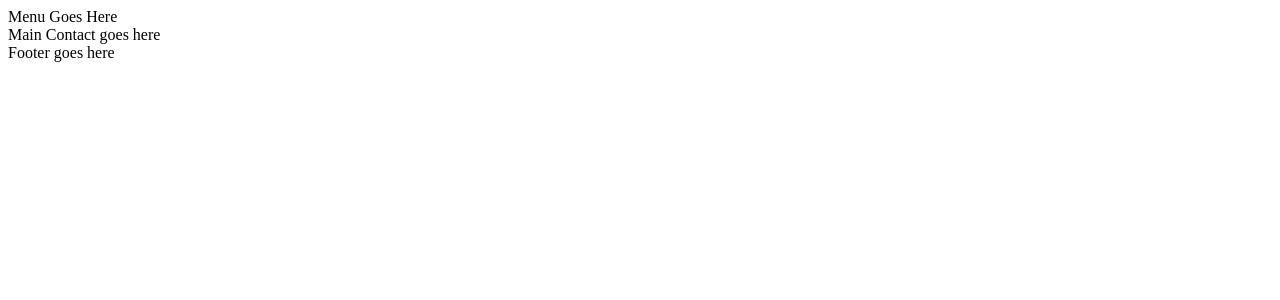
Repository: yazshrilld/food_order
Page: http://localhost/admin/index.php
An editor plug-in stored every save of this project. The page is shown before and after a run of saves, followed by the edit.
The browser window is 1280 px wide. The pictures show the whole page.
The page is run by PHP 8.4 with error messages shown; the project is at /var/www/html/.

Above is the page before, as saved 2021-01-24 15:57:59.

### admin/index.php
<html>
    <head>
        <title>Food Order Website - Home Page</title>
        <link rel="stylesheet" href="../css/admin.css">
    </head>
    <body>
        <!-- Menu Section Starts -->
            <div class="menu">
                Menu Goes Here
            </div>
        <!-- Menu Section Ends -->

        <!-- Main Content Section Starts -->
            <div class="main-content">
                Main Contact goes here
            </div>
        <!-- Main Content Section Ends -->

        <!-- Footer Section Starts -->
            <div class="footer">
                Footer goes here
            </div>
        <!-- Footer Section Ends -->

    </body>
</html>

### css/admin.css
/*
    Author: Musa Yazid
    Theme: Food Order Website Admin
    Version: 1.0
*/

*{

}

After the next 12 saves:
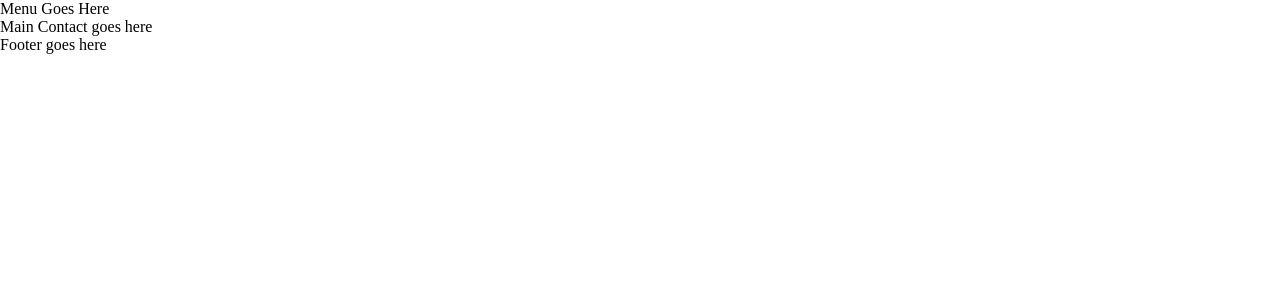
The 12 saves are shown as one change because they came seconds apart.
The last was saved 26 s later.
--- a/css/admin.css
+++ b/css/admin.css
@@ -5,5 +5,7 @@
 */
 
 *{
-
+    margin: 0;
+    padding: 0;
+    font-family: ;
 }
